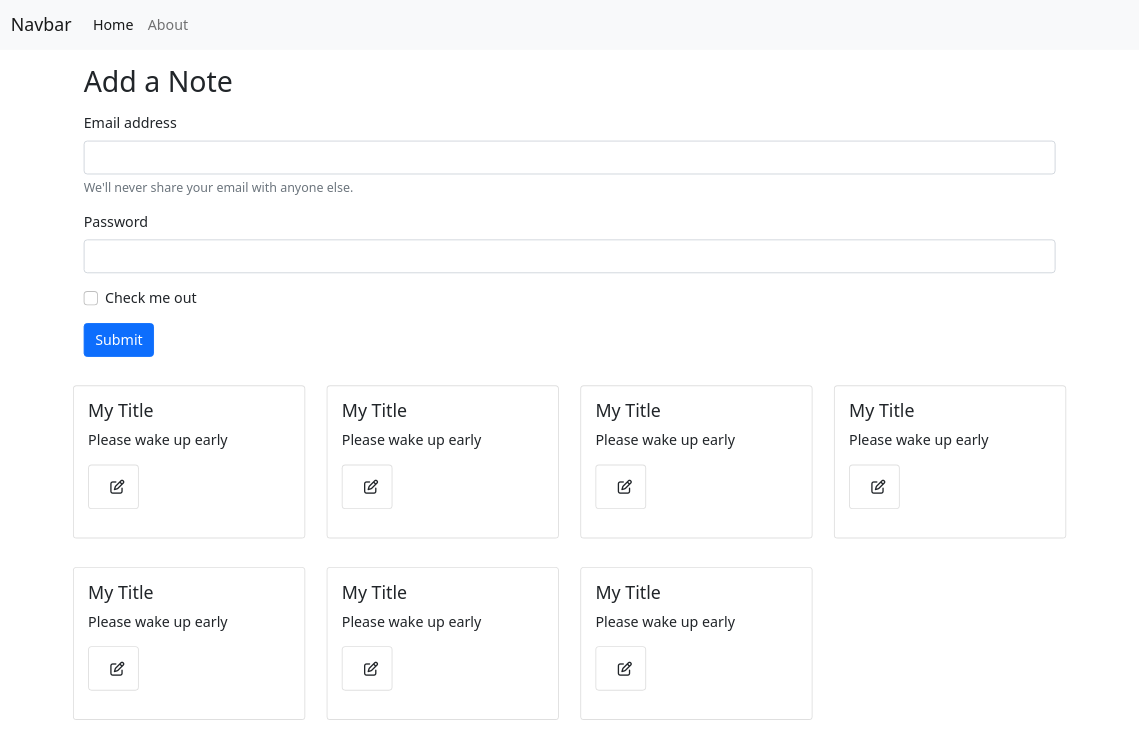
Repository: Asad-devv/inotebook-mern
Page: /
An editor plug-in stored every save of this project. The page is shown before and after a run of saves, followed by the edit.
The browser window is 1280 px wide. The pictures show the whole page, at 89% of full size.
Some web libraries are served in a nearby version. The project was rebuilt for these pictures with package versions that can differ from the ones it lists, and the page was loaded fresh each time. Also part of the build but not shown: vite.config.js, src/components/About.jsx.

Above is the page before, as saved 2023-04-14 00:46:47.

After the next 2 saves:
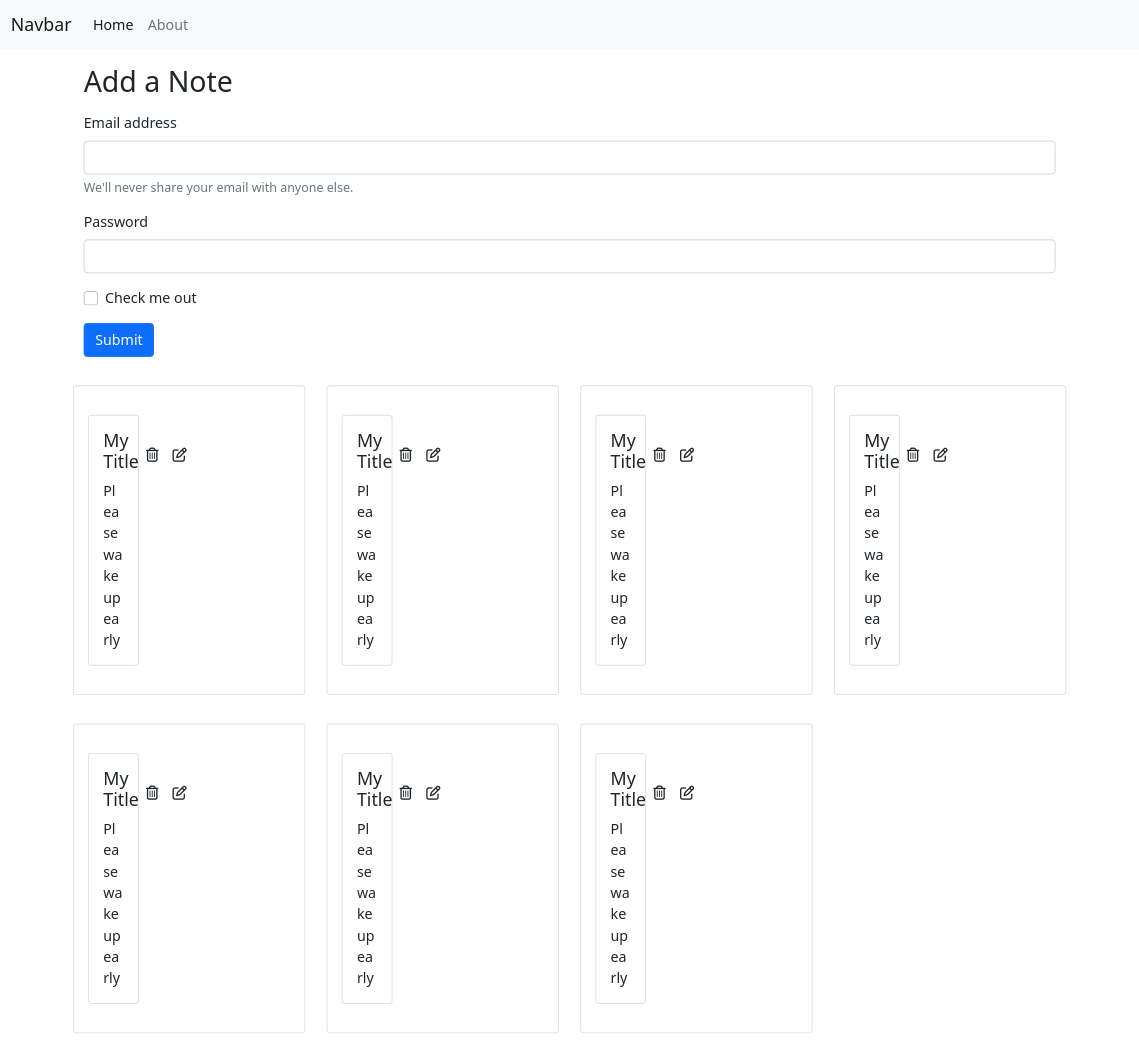
The 2 saves are shown as one change because they came seconds apart.
The last was saved 8 s later.
--- a/src/components/Notes.jsx
+++ b/src/components/Notes.jsx
@@ -9,16 +9,16 @@ const NoteItem = ({title,description,tag})=>{
         <div className="col-md-3">
         <div class="card my-3">
             <div class ="card-body">
-            <h5 class ="card-title">{title}</h5>
-            <p class ="card-text">{description}</p>
+            {/* <h5 class ="card-title">{title}</h5> */}
+            {/* <p class ="card-text">{description}</p>  */}
     <div className="col-md-3">
         <div className="card my-3">
             <div className="card-body">
                 <div className="d-flex align-items-center">
-                    {/* <h5 className="card-title">{title}</h5><i className="far fa-trash-alt mx-2"></i> */}
+                    <h5 className="card-title">{title}</h5><i className="far fa-trash-alt mx-2"></i>
                     <i className="far fa-edit mx-2"></i>
                 </div>
-
+                <p className="card-text">{description}</p>
 
             </div>
         </div></div>
